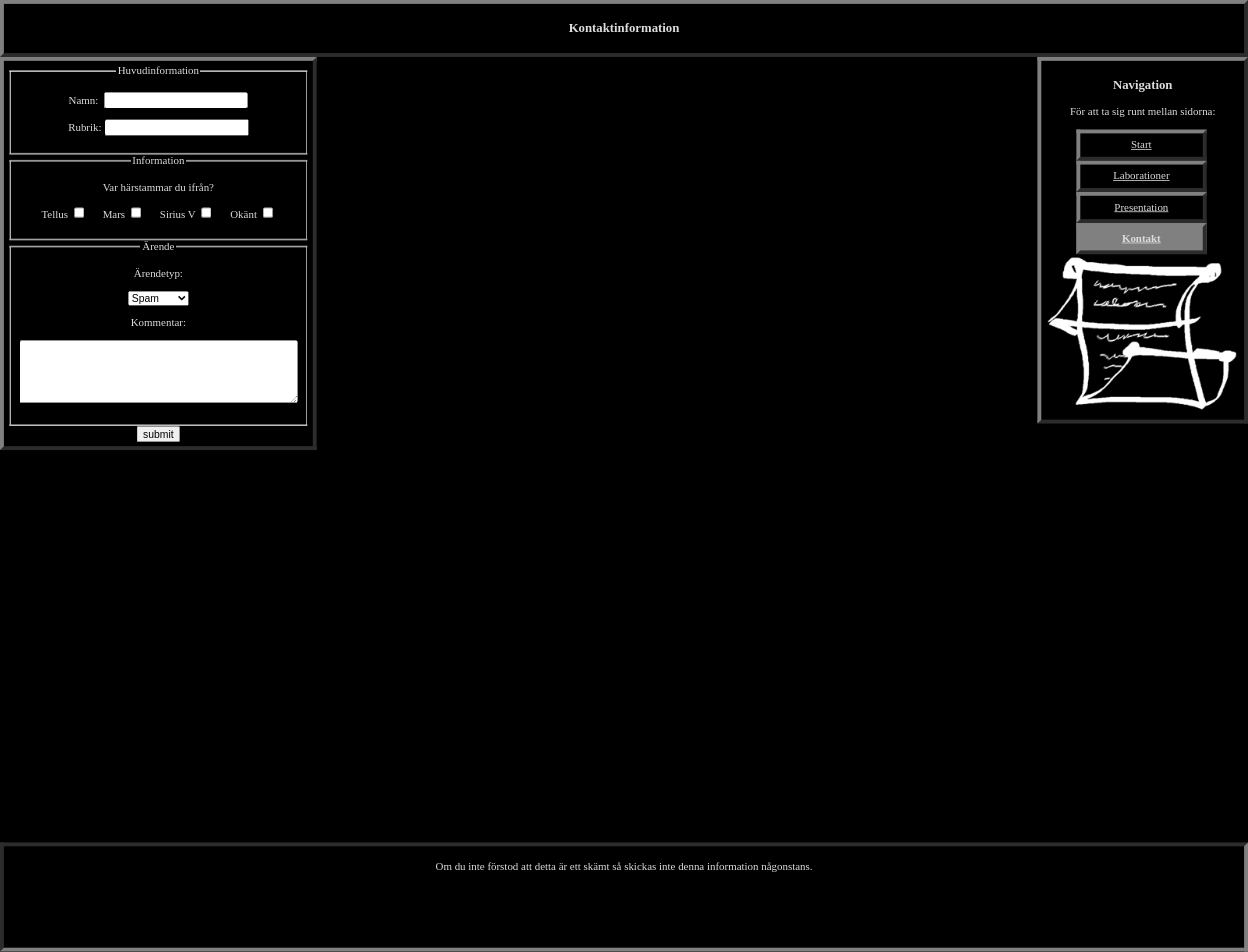
Repository: cg222im/1IK415_cg222im
Page: pages/kontakt.html
The author's editor kept a record of every edit. The page is drawn from the files as they stood at one moment, then again after the next edit.
The browser window is 1280 px wide. The page is 1600 px wide, so the pictures cover 1600 px, including what lies to the right of the window. The pictures show the whole page, at 78% of full size.

Above is the page before.

### pages/kontakt.html
<!doctype html>
<html lang="sv">
    <head>
        <meta charset="UTF-8" />
        <title>kontakt</title>
        <link rel="stylesheet" href="../css/style.css" />
    </head>

    <body>
    <!-- Sätta bakgrundsfärg = svart på body? -->
    <div id="wrapper">
        <div id="header">
            <h3>Kontaktinformation</h3>
        </div>

        <div id="form">
            <form id="contact-form" action="http://voyager.lnu.se/tekinet/kurser/dtt/wp_webbintro/form.php" method="post">
                <input type="hidden"/>

                <fieldset>
                    <legend>Huvudinformation</legend>
                        <p><label for="namn">Namn:&nbsp</label> <input type="text" name="namn" id="namn" value="" /></p>
                        <p><label for="rubrik">Rubrik:</label> <input type="text" name="rubrik" id="rubrik" value="" /></p>
                </fieldset>

                <fieldset>
                    <legend>Information</legend>

                        <p>Var härstammar du ifrån?</p>
                            <p>
                                <label for="earth">Tellus</label> <input type="checkbox" name="earth" id="earth" value="earth"> &nbsp&nbsp&nbsp&nbsp
                                <label for="mars">Mars</label> <input type="checkbox" name="mars" id="mars" value="mars"> &nbsp&nbsp&nbsp&nbsp
                                <label for="sirius">Sirius V</label> <input type="checkbox" name="sirius" id="sirius" value="sirius"> &nbsp&nbsp&nbsp&nbsp
                                <label for="unknown">Okänt</label> <input type="checkbox" name="unknown" id="unknown" value="unknown">

                            </p>

                </fieldset>

                <fieldset>
                    <legend>Ärende</legend>

                        <p><label for="typ">Ärendetyp:</label></p>
                            <p><select name="typ" id="typ">
                                <p><option value="question">Fråga</option>
                                <p><option value="complaint">Klagomål</option>
                                <p><option value="spam" selected>Spam</option>
                                <p><option value="love">Kärlek</option>
                            <p></select></p>


                        <p><label for="comments">Kommentar:</label></p> <p><textarea name="comments" id="comments" cols="42" rows="5"></textarea></p>

                </fieldset>

                <input type="submit" value="submit" />

            </form>
        </div>

        <div id="nav">
            <h3>Navigation</h3>
            <p>För att ta sig runt mellan sidorna:</p>
            <ul class="navmenu">
                <li><a href="../index.html">Start</a></li>
                <li><a href="laborationer.html">Laborationer</a></li>
                <li><a href="presentation.html">Presentation</a></li>
                <li><a href="kontakt.html" id="active">Kontakt</a></li>
            </ul>
            <div id="logo"></div>
        </div>

    </div>

    <div id="footer">
        <p>Om du inte förstod att detta är ett skämt så skickas inte denna information någonstans.</p>
    </div>

    </body>

</html>

### css/style.css
html, body {height: 100%;}


a:link { color: #00BFFF; }
a:visited { color: purple; }
a:focus { color: yellow; }
a:hover { color: yellow; }
a:active { color: silver; }

body {
    background-color: black;
    font-family: "Times New Roman", Helvetica, Arial, sans-serif;
    font-size: 14px;
    width: 1600px;
    height: 1200px;
    color: #DCDCDC;
    text-align: center;
    margin: auto auto;
}
#wrapper {
    background-color: black;
    min-height: 100%;
    margin: 0 auto -120px auto;
    width: 1600px;
}
#header {
    border-style: outset;
    border-width: 5px;
    border-color: gray;
    background-color:black;
    color: #DCDCDC;
    text-align: center;
    padding: 5px;
}
#main {
    border-style: outset;
    border-width: 5px;
    border-color: gray;
    background-color: black;
    color: #DCDCDC;
    text-align: left;
    padding: 10px;
}
/* För att få sticky footer */
#wrapper:after {
    content:"";
    display:block;
    height: 120px;
}
#footer {
    border-style: inset;
    border-width: 5px;
    border-color: gray;
    background-color: black;
    color: #DCDCDC;
    clear: both;
    text-align: center;
    padding: 5px;
    height: 120pX;
    margin: 0 auto 0 auto;
}
#bloglist {
    border-style: inset;
    border-width: 5px;
    border-color: gray;
    background-color: black;
    color: #DCDCDC;
    text-align: left;
    width: 800px;
}
#table {
    text-align: center;
    margin: 0 auto;
    width: 485px;
    /* Kan behöva komma att ändra storlek allt eftersom; dela upp i Laborationer/kolumner? */
    height: 245px;
    margin-left: auto;
    margin-top: auto;
    border-style: outset;
    border-width: 5px;
    border-color: gray;
    background-color:black;
    color: #DCDCDC;
    padding: 5px;
}
table, th, td {
    border: 1px;
    border-style: solid;
    border-color: gray;
}
/* För formulär i kontakt.html vars sidas formatering inte fungerar? */
#form {
    height: 100%;
    float: left;
    border-style: outset;
    border-width: 5px;
    border-color: gray;
    background-color:black;
    color: #DCDCDC;
    padding: 5px;
}
#nav {
    margin: 0;
    padding: 5;
    width:250px;
    border-style: outset;
    border-width: 5px;
    border-color:gray;
    background-color: black;
    color: #DCDCDC;
    height: 450px;
    float: right;
    padding: 5px;
}
.navmenu {
    list-style: none;
    margin: auto auto;
}
.navmenu li a:hover {
    background-color: gray;
    color: yellow;
}
.navmenu li a:focus {
    background-color: gray;
    color: yellow;
}
.navmenu li a {
    line-height: 30px;
    border-style: outset;
    border-width: 5px;
    border-color: gray;
    background-color: black;
    color: #DCDCDC;
    display: block;
    width: 65%;
    padding: 0px 10px;
}
#active {
    display: block;
    font-weight: bold;
    background-color: gray;
}
/* Logo, endast för #nav */
#logo {
    display: block;
    height: 200px;
    background-image: url(pics/logo2.png);
}
/* thumb bild för blogginlägg */
.thumb {
    display: block;
    height: 16px;
    width: 20px;
    background-image: url(pics/thumb2.png);
    float: left;
    margin: 2px;
}
.rightBlog {
    float: right;
    border-style: outset;
    border-width: 5px;
    border-color: gray;
}
img.rightBlog {
    float: right;
    margin-right: 20px;
}
.leftBlog {
    float: left;
    margin: 10px;
    border-style: inset;
    border-width: 5px;
    border-color: gray;
}
.center {
    display: block;
    margin: 20px auto 20px auto;
}

After the next edit:
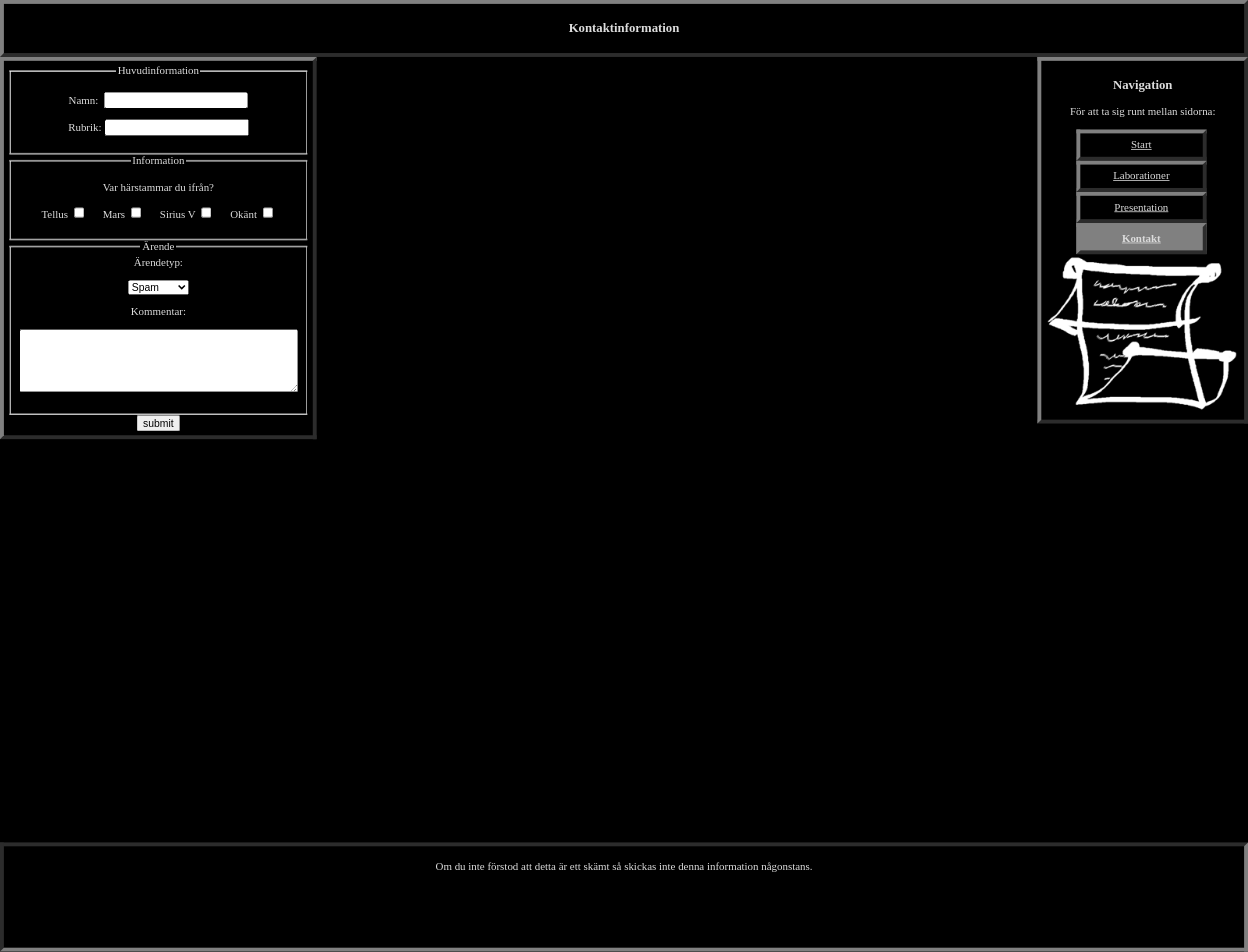
The edit:
--- a/pages/kontakt.html
+++ b/pages/kontakt.html
@@ -40,8 +40,8 @@
                 <fieldset>
                     <legend>Ärende</legend>
 
-                        <p><label for="typ">Ärendetyp:</label></p>
-                            <p><select name="typ" id="typ">
+                        <label for="typ">Ärendetyp:</label></p>
+                            <select name="typ" id="typ">
                                 <p><option value="question">Fråga</option>
                                 <p><option value="complaint">Klagomål</option>
                                 <p><option value="spam" selected>Spam</option>
